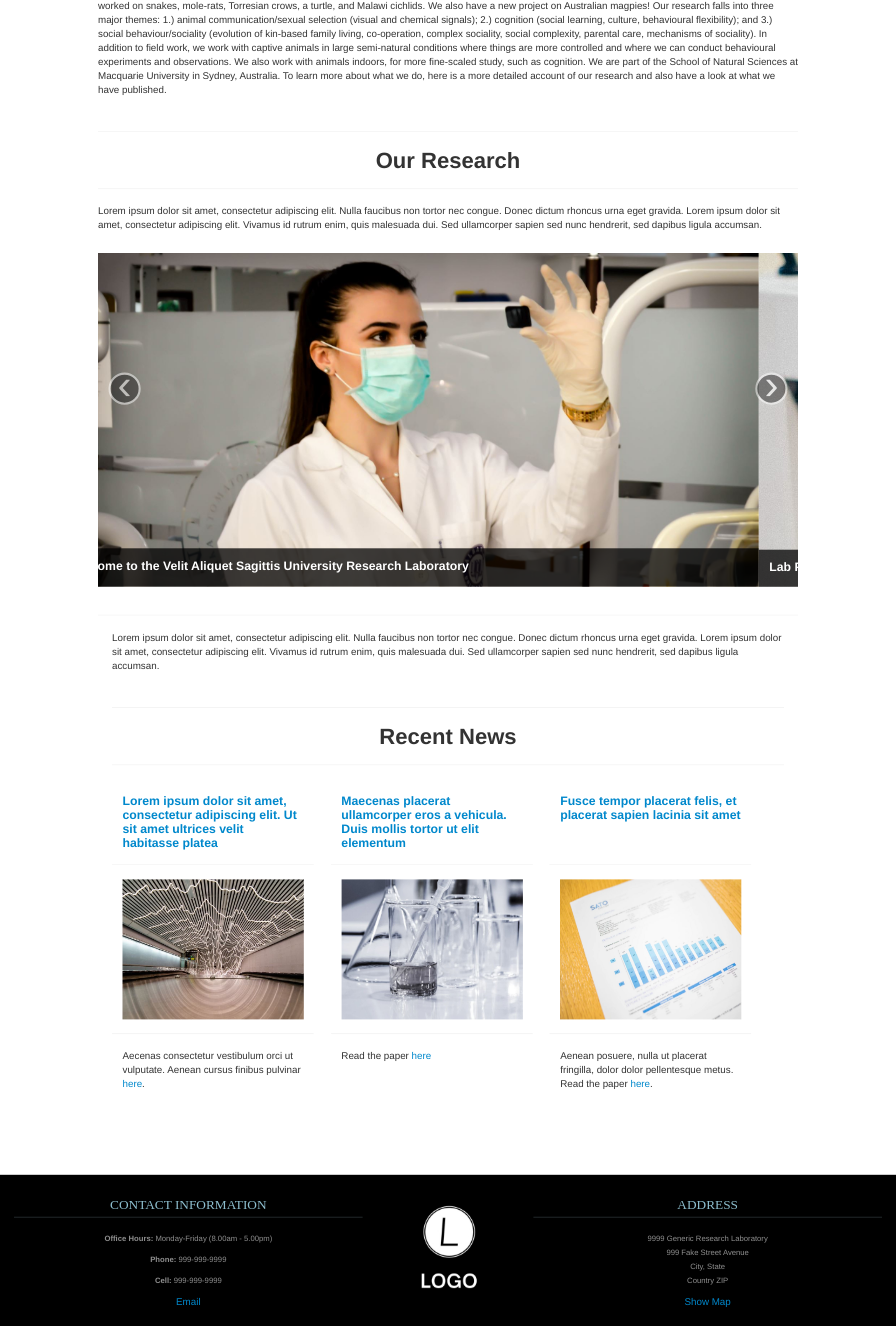
Repository: IAEUC/iaeuc.github.io
Page: index.html
An editor plug-in stored every save of this project. The page is shown before and after the next save, followed by the edit.
The browser window is 1280 px wide. The pictures show the part of the page from y = 676 to 2596 px (the page is 2570 px tall before and 2596 px after), at 70% of full size.

Above is the page before, as saved 2025-08-07 17:50:38.

### index.html
<!DOCTYPE html>
<html lang="en">
   <head>
      <meta charset="utf-8">
      <title>Generic Research Lab Template - Home</title>
      <meta name="viewport" content="width=device-width, initial-scale=1.0">
      <meta name="description" content="Research Lab, Home, Velit Aliquet Sagittis University">
      <meta name="author" content="">
      <!-- Le styles -->
      <link href="css/bootstrap.min.css" rel="stylesheet">
      <link href="css/bootstrap-responsive.min.css" rel="stylesheet">
      <link href="css/theme.css" rel="stylesheet">
   </head>
   <body>
      <div class="container">
         <header class="jumbotron subhead" id="overview">
            <p class="lead"> Velit Aliquet Sagittis University </p>
            <h1>Experimental Research Lab</h1>
         </header>
         <div class="masthead">
            <div class="navbar">
               <div class="navbar-inner">
                  <div class="container">
                     <ul class="nav">
                        <li class="active"><a href="#">Home</a></li>
                        <li class="dropdown">
                           <a href="#" class="dropdown-toggle" data-toggle="dropdown">People <b class="caret"></b></a>
                           <ul class="dropdown-menu">
                              <li><a href="people.html">All People</a></li>
                              <li><a href="people.html#principalinvestigator">Principal Investigator</a></li>
                              <li><a href="people.html#graduate">Graduate Students</a></li>
                              <li><a href="people.html#undergraduate">Undergraduate Students</a></li>
                           </ul>
                        </li>
                        <li><a href="research.html">Research</a></li>
                        <li><a href="publications.html">Publications</a></li>
                        <li><a href="gallery.html">Gallery</a></li>
                        <li><a href="news.html">News</a></li>
                        <li><a href="teaching.html">Teaching</a></li>
                        <li><a href="contact.html">Contact</a></li>
                     </ul>
                  </div>
               </div>
            </div>
         </div>
         <div class="centered" style="margin-bottom: 20px;">
                                 <img src="images/lab-photo.jpg" alt="Research Laboratory" style="width: 1200px; max-height: 400px; border-radius: 8px;">
                              </div>
         <div class="row-fluid">
            <div class="span12">
                              <p>
                                We investigate the behaviour, ecology and evolution of lizards. In addition to lizards, we sometimes work on frogs, including cane toads, and have previously worked on snakes, mole-rats, Torresian crows, a turtle, and Malawi cichlids. We also have a new project on Australian magpies! Our research falls into three major themes: 1.) animal communication/sexual selection (visual and chemical signals); 2.) cognition (social learning, culture, behavioural flexibility); and 3.) social behaviour/sociality (evolution of kin-based family living, co-operation, complex sociality, social complexity, parental care, mechanisms of sociality).

                                 In addition to field work, we work with captive animals in large semi-natural conditions where things are more controlled and where we can conduct behavioural experiments and observations. We also work with animals indoors, for more fine-scaled study, such as cognition.

                                 We are part of the School of Natural Sciences at Macquarie University in Sydney, Australia. To learn more about what we do, here is a more detailed account of our research and also have a look at what we have published.
                              </p>
                              <br/>
                           </div>
         </div>
         <div class="row-fluid">
                  <hr>
                  <h2 class="centered">Our Research</h2>
                  <hr>
         </div>
         <div class="row-fluid">
            <div class="span12">
                              <p>
                                 Lorem ipsum dolor sit amet, consectetur adipiscing elit. Nulla faucibus non tortor nec congue.
                                 Donec dictum rhoncus urna eget gravida. Lorem ipsum dolor sit amet, consectetur adipiscing elit.
                                 Vivamus id rutrum enim, quis malesuada dui. Sed ullamcorper sapien sed nunc hendrerit, sed dapibus
                                 ligula accumsan.
                              </p>
                              <br/>
                           </div>
         </div>

         <div class="row-fluid">
            <div class="span12">
               <div id="main-carousel" class="carousel slide">
                  <div class="carousel-inner">
                     <div class="item active">
                        <img src="images/ani-kolleshi-crop3.JPG" class="carousel-image" alt="">
                        <div class="carousel-caption">
                           <h4>Welcome to the Velit Aliquet Sagittis University Research Laboratory</h4>
                           <!-- -->
                           <p></p>
                        </div>
                     </div>
                     <div class="item">
                        <img src="images/microscope-crop1.JPG" class="carousel-image" alt="">
                        <div class="carousel-caption">
                           <h4>Lab Photos</h4>
                           <p></p>
                        </div>
                     </div>
                     <div class="item">
                        <img src="images/building-crop1.JPG" class="carousel-image" alt="">
                        <div class="carousel-caption">
                           <h4>Main Building Photo</h4>
                           <p></p>
                        </div>
                     </div>
                  </div>
                  <a class="left carousel-control" href="#main-carousel" data-slide="prev">‹</a>
                  <a class="right carousel-control" href="#main-carousel" data-slide="next">›</a>
               </div>
            </div>
         </div>
         <hr>
         <div class="container-fluid">
            <div class="row-fluid marketing">
               <div class="span12">
                  <p>
                     Lorem ipsum dolor sit amet, consectetur adipiscing elit. Nulla faucibus non tortor nec congue.
                     Donec dictum rhoncus urna eget gravida. Lorem ipsum dolor sit amet, consectetur adipiscing elit.
                     Vivamus id rutrum enim, quis malesuada dui. Sed ullamcorper sapien sed nunc hendrerit, sed dapibus
                     ligula accumsan.
                  </p>
                  <br/>
               </div>
            </div>
               <div class="row-fluid">
                  <hr>
                  <h2 class="centered">Recent News</h2>
                  <hr>
               </div>
            <div class="row-fluid">
               <div class="span4 feature-item">
                  <h4 class="feature-heading"><a href="https://unsplash.com/photos/QvbLjB9pHLM">Lorem ipsum dolor sit amet, consectetur adipiscing elit. Ut sit amet ultrices velit habitasse platea</a></h4>
                  <hr>
                  <div class="centered">
                     <a href="https://unsplash.com/photos/QvbLjB9pHLM"><img src="thumbs/ivanov-crop.JPG" alt=""></a>
                  </div>
                  <hr>
                  <p>Aecenas consectetur vestibulum orci ut vulputate. Aenean cursus finibus pulvinar <a href="https://unsplash.com/photos/QvbLjB9pHLM">here</a>. </p>
                  <br/>
               </div>
               <div class="span4 feature-item">
                  <h4 class="feature-heading"><a href="https://unsplash.com/photos/lQGJCMY5qcM">Maecenas placerat ullamcorper eros a vehicula. Duis mollis tortor ut elit elementum</a></h4>
                  <hr>
                  <div class="centered">
                     <a href="https://unsplash.com/photos/lQGJCMY5qcM"><img src="thumbs/beaker-crop.JPG" alt=""></a>
                  </div>
                  <hr>
                  <p>Read the paper <a href="https://unsplash.com/photos/lQGJCMY5qcM">here</a> </p>
               </div>
               <div class="span4 feature-item">
                  <h4 class="feature-heading"><a href="https://unsplash.com/photos/QCbZ4ASLhM8">Fusce tempor placerat felis, et placerat sapien lacinia sit amet<br/><br/><br/></a></h4>
                  <hr>
                  <div class="centered">
                     <a href="https://unsplash.com/photos/QCbZ4ASLhM8"><img src="thumbs/sato-chart.JPG" alt=""></a>
                  </div>
                  <hr>
                  <p> Aenean posuere, nulla ut placerat fringilla, dolor dolor pellentesque metus. Read the paper <a href="https://unsplash.com/photos/QCbZ4ASLhM8">here</a>.</p>
                  <br/>
                  <br/>
                  <br/>
               </div>
            </div>
         </div>
      </div>
      <footer id="footer">
         <div class="container-fluid">
            <div class="row-fluid">
               <div class="span5">
                  <h3>Contact Information</h3>
                  <p><b>Office Hours: </b>Monday-Friday (8.00am - 5.00pm)</p>
                  <p><b>Phone: </b>999-999-9999</p>
                  <p><b>Cell: </b>999-999-9999</p>
                  <a href="mailto:your.email@uni.edu">Email</a>
               </div>
               <div class="span2">
                  <a href="https://mybrandnewlogo.com/"><img src = "thumbs/generic-logo.JPG" alt="research-lab-logo"/></a>
               </div>
               <div class="span5">
                  <h3>Address</h3>
                  <p>9999 Generic Research Laboratory<br>
                     999 Fake Street Avenue<br>
                     City, State<br>
                     Country ZIP
                  </p>
                  <a href="http://maps.google.com/">Show Map</a>
               </div>
            </div>
         </div>
      </footer>

      <!-- Javascript files -->
      <script src="js/jquery-1.9.1.min.js"></script>
      <script src="js/bootstrap.min.js"></script>
      <script> $('#main-carousel').carousel(); </script>
   </body>
</html>

Loaded but not shown: css/bootstrap.min.css (library); css/bootstrap-responsive.min.css (library); js/jquery-1.9.1.min.js (library); js/bootstrap.min.js (library); css/theme.css (552 lines, source omitted)

After the next save:
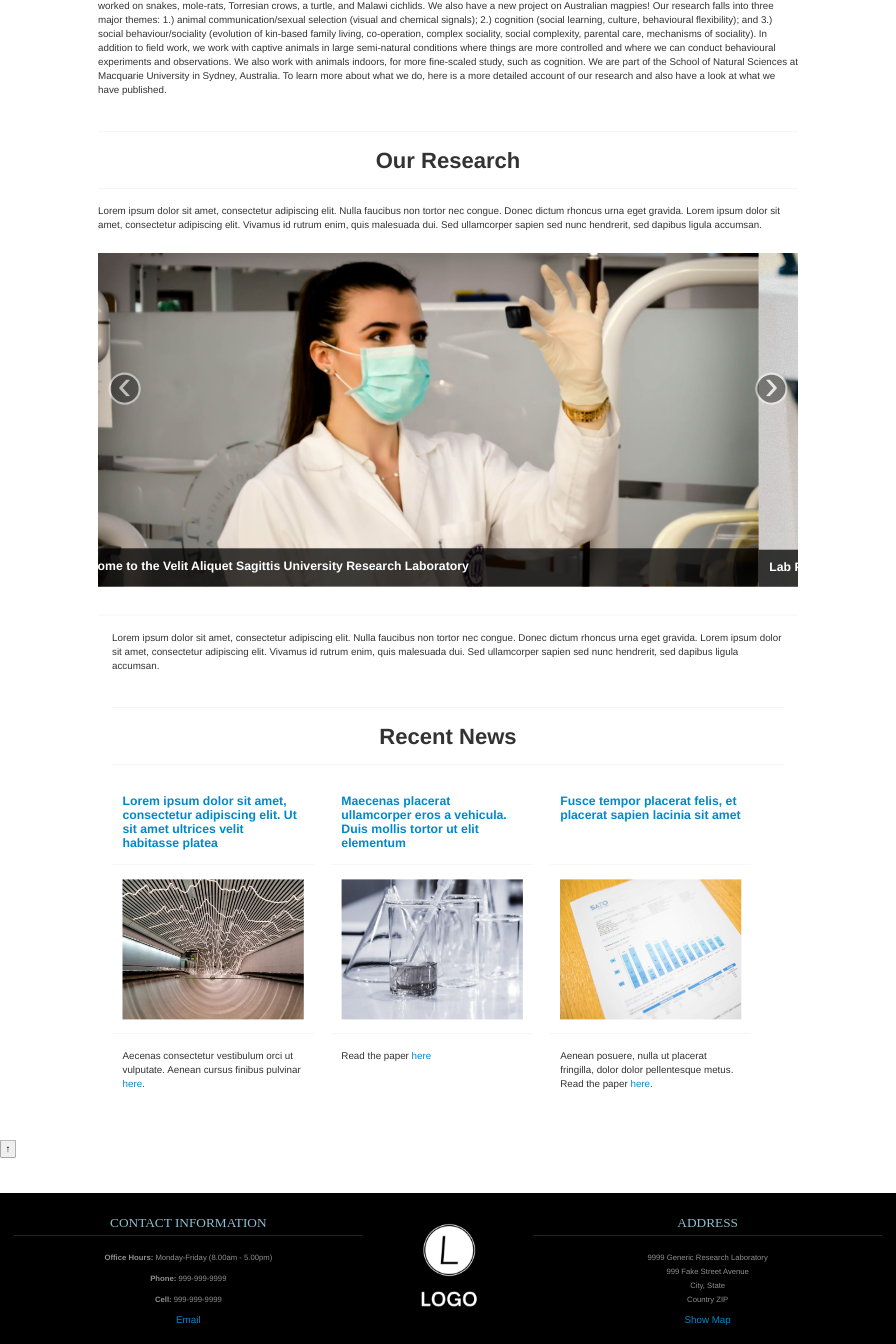
Saved 41 h 34 min later.
--- a/index.html
+++ b/index.html
@@ -160,6 +160,12 @@
             </div>
          </div>
       </div>
+
+      <!-- 返回顶部按钮 -->
+      <button id="back-to-top" title="返回顶部">
+         <span>↑</span>
+      </button>
+
       <footer id="footer">
          <div class="container-fluid">
             <div class="row-fluid">

After the save that followed:
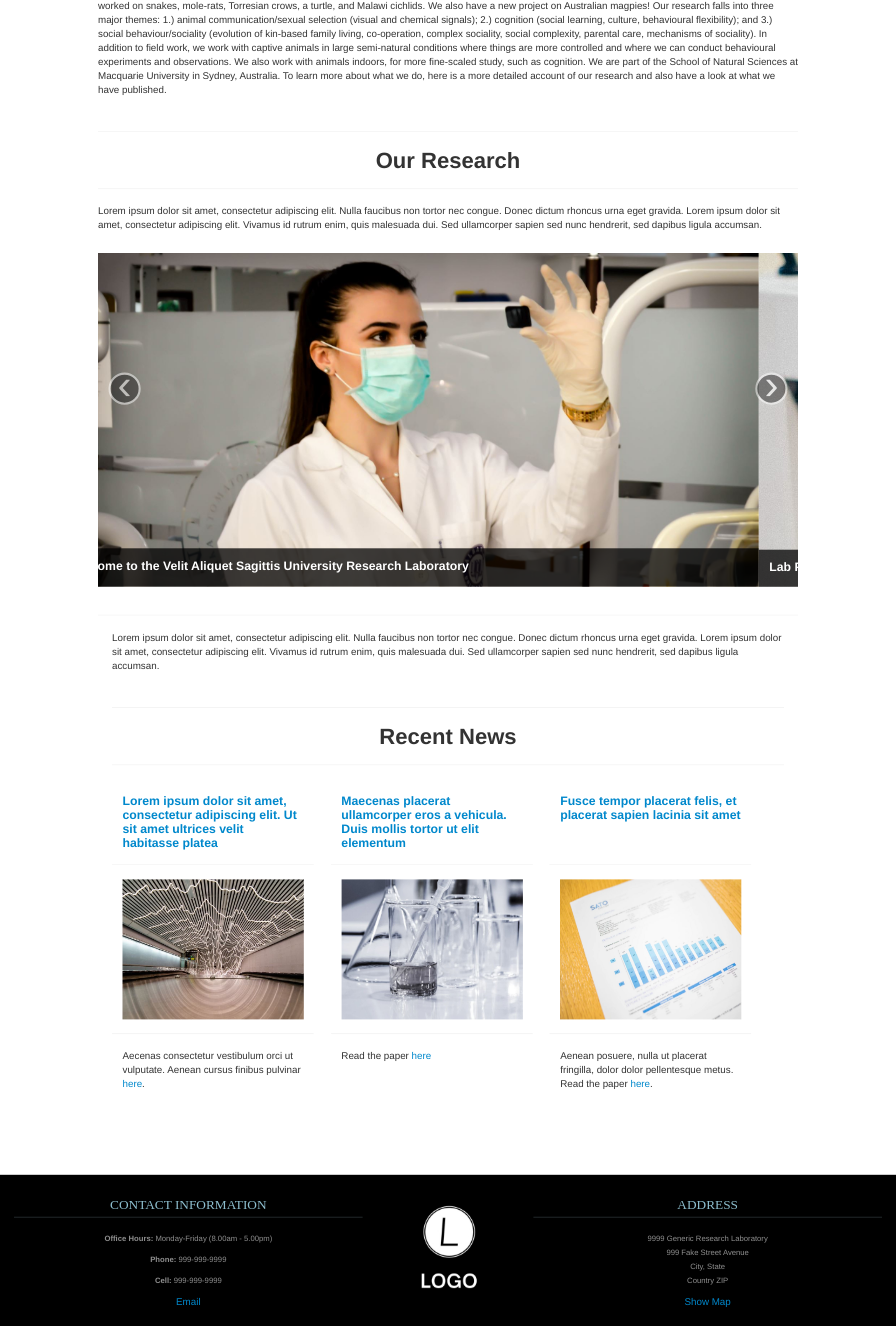
Saved 10 s later.
--- a/index.html
+++ b/index.html
@@ -10,6 +10,45 @@
       <link href="css/bootstrap.min.css" rel="stylesheet">
       <link href="css/bootstrap-responsive.min.css" rel="stylesheet">
       <link href="css/theme.css" rel="stylesheet">
+
+      <!-- 返回顶部按钮样式 -->
+      <style>
+         #back-to-top {
+            position: fixed;
+            bottom: 30px;
+            right: 30px;
+            width: 50px;
+            height: 50px;
+            background-color: #007cba;
+            color: white;
+            border: none;
+            border-radius: 50%;
+            cursor: pointer;
+            font-size: 20px;
+            font-weight: bold;
+            box-shadow: 0 4px 8px rgba(0, 0, 0, 0.3);
+            opacity: 0;
+            visibility: hidden;
+            transition: all 0.3s ease;
+            z-index: 1000;
+         }
+
+         #back-to-top:hover {
+            background-color: #005f8a;
+            transform: translateY(-2px);
+            box-shadow: 0 6px 12px rgba(0, 0, 0, 0.4);
+         }
+
+         #back-to-top.show {
+            opacity: 1;
+            visibility: visible;
+         }
+
+         #back-to-top span {
+            display: block;
+            line-height: 1;
+         }
+      </style>
    </head>
    <body>
       <div class="container">
